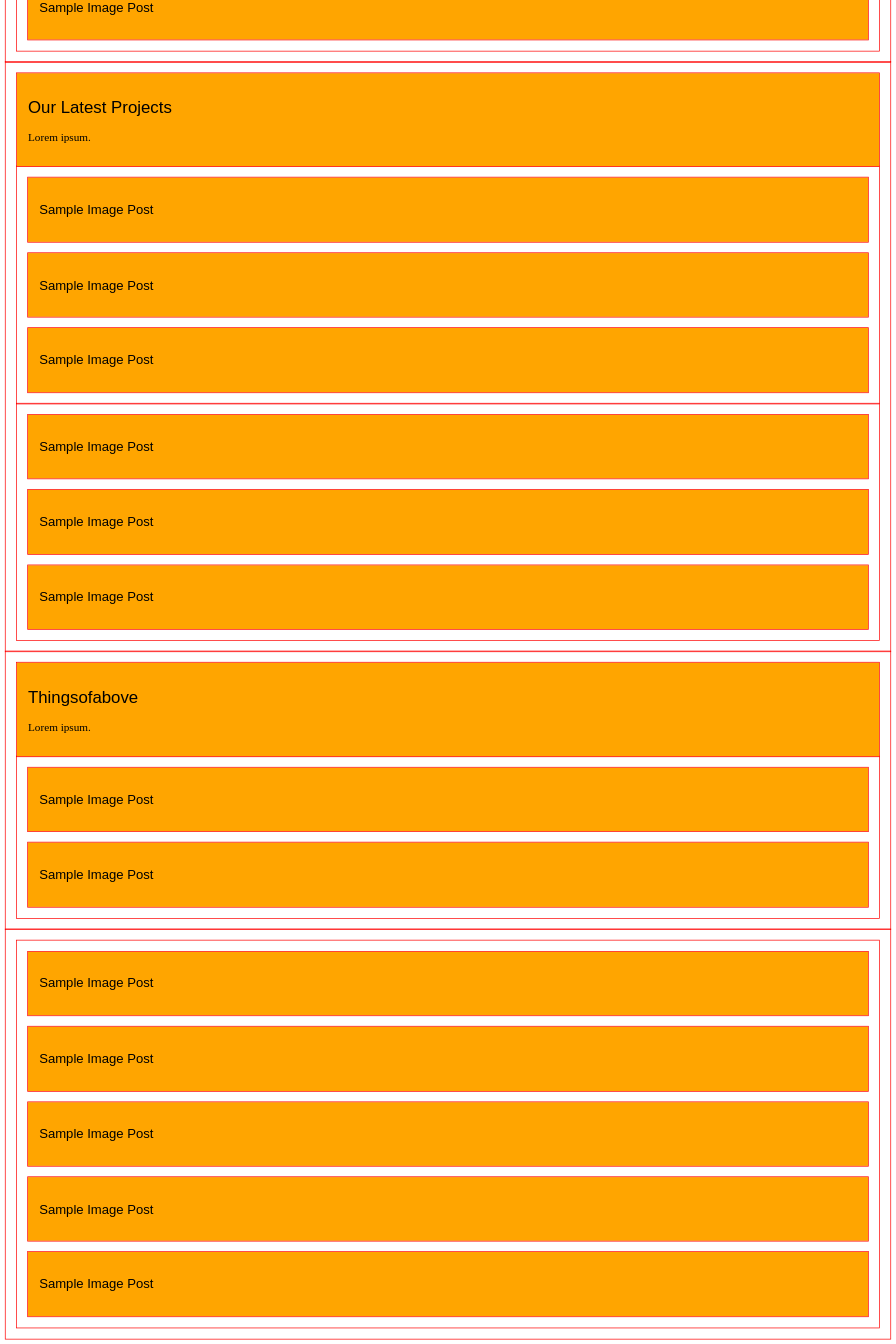
Repository: pjiang604/mdia2003-lab03b
Page: index.html
The author's editor kept a copy of each file at every save. The page is drawn from the files as they stood at one save, then again after the next save.
The browser window is 1280 px wide. The pictures show the part of the page from y = 1182 to 3102 px (the page is 3102 px tall before and 2895 px after), at 70% of full size.

Above is the page before, as saved 2023-01-24 00:10:04.

After the next save:
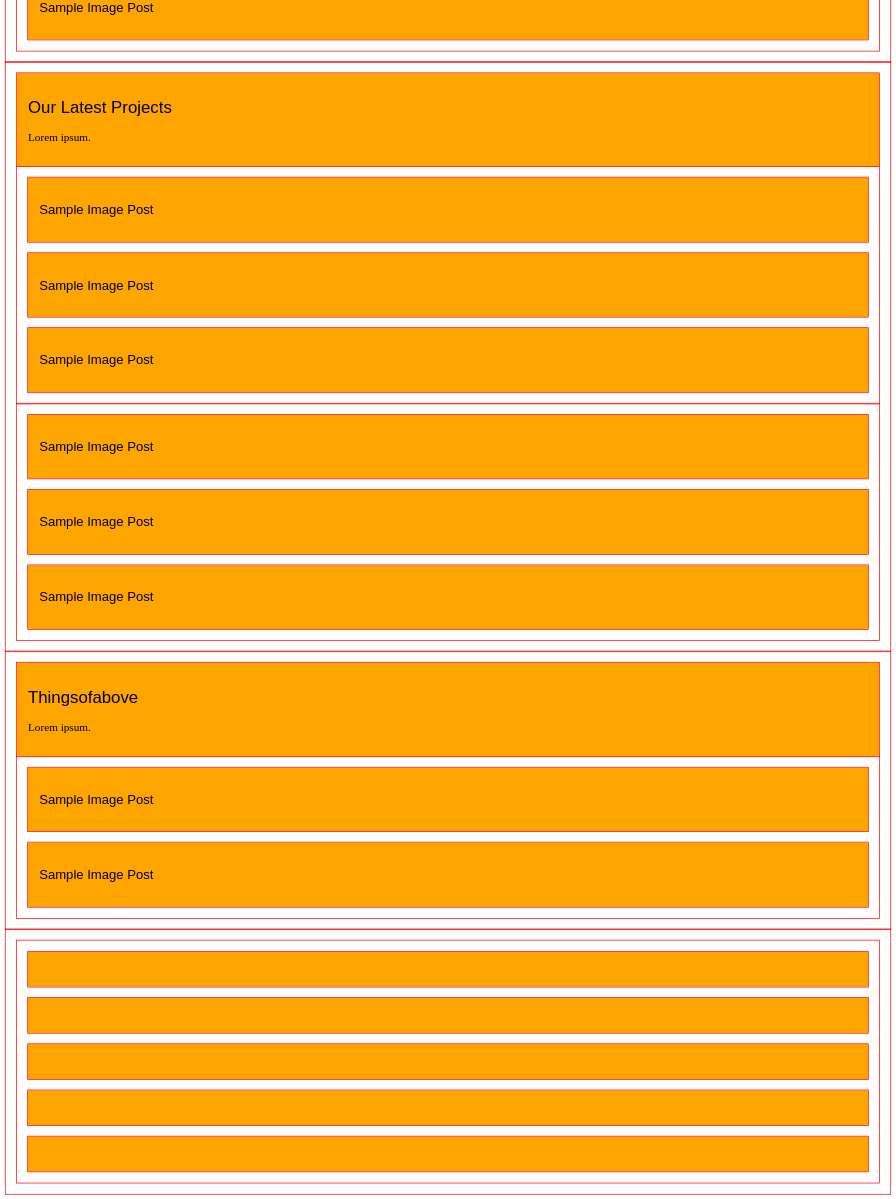
Saved 13 s later.
--- a/index.html
+++ b/index.html
@@ -105,19 +105,19 @@
     <div class="companies">
         <div class="row m-col-3">
             <div class="col">
-                <h3>Sample Image Post</h3>
+                <img src="" alt="">
             </div>
             <div class="col">
-                <h3>Sample Image Post</h3>
+                <img src="" alt="">
             </div>
             <div class="col">
-                <h3>Sample Image Post</h3>
+                <img src="" alt="">
             </div>
             <div class="col">
-                <h3>Sample Image Post</h3>
+                <img src="" alt="">
             </div>
             <div class="col">
-                <h3>Sample Image Post</h3>
+                <img src="" alt="">
             </div>
         </div>
     </div>
